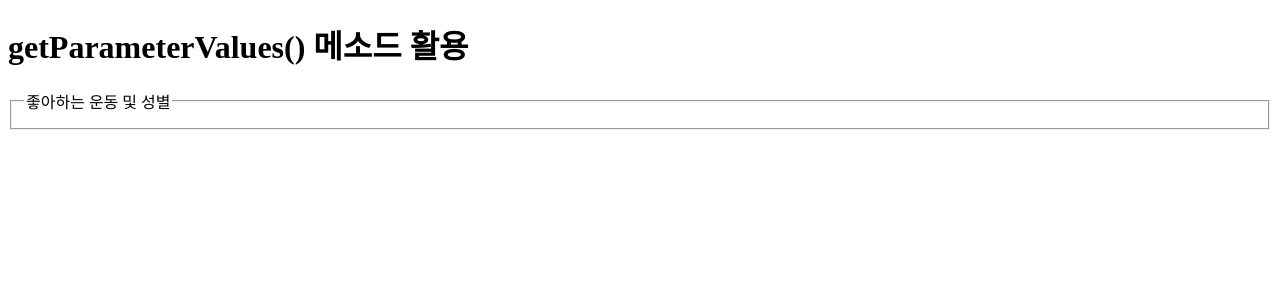
Repository: seminocoe/JSP_STUDY
Page: http://localhost/ServletProject/login/Sport.jsp
These files come from the project's save history. The page is drawn as it stood at one moment and after the next save; the edit follows.
The browser window is 1280 px wide. The pictures show the whole page.
The page is served by Tomcat 9. Other server files are loaded and not shown.

Above is the page before, as saved 2022-07-29 01:50:45.

### ServletProject/src/main/webapp/login/Sport.jsp
<%@ page language="java" contentType="text/html; charset=UTF-8"
    pageEncoding="UTF-8"%>
<!DOCTYPE html>
<html>
<head>
<meta charset="UTF-8">
<title>취미와 성별</title>
</head>
<body>
	<h1>getParameterValues() 메소드 활용</h1>
	<form action="Sport" method="post">

	<fieldset>
		<legend><!-- 범례라는 뜻 --> 좋아하는 운동 및 성별</legend>
	</fieldset>
	</form>
</body>
</html>

After the next save:
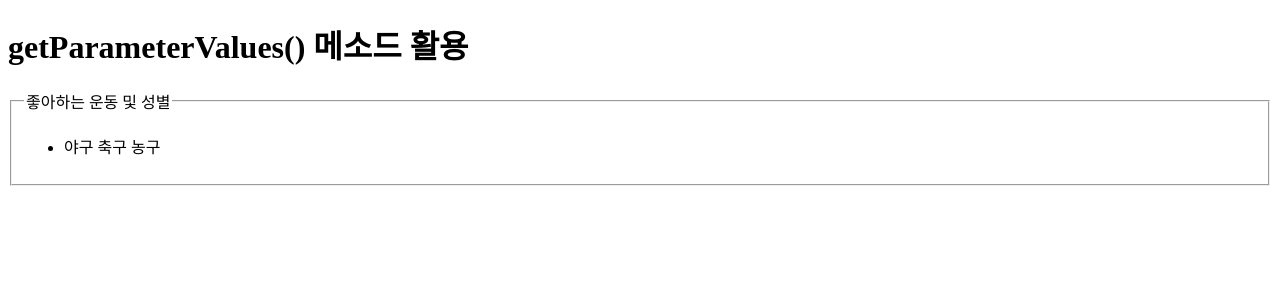
Saved 2 min 38 s later.
--- a/ServletProject/src/main/webapp/login/Sport.jsp
+++ b/ServletProject/src/main/webapp/login/Sport.jsp
@@ -12,6 +12,13 @@
 
 	<fieldset>
 		<legend><!-- 범례라는 뜻 --> 좋아하는 운동 및 성별</legend>
+			<ul>
+				<li>
+					<label for="bassball">야구</label>
+					<label for="football">축구</label>
+					<label for="baskeball">농구</label>
+				</li>
+			</ul>
 	</fieldset>
 	</form>
 </body>
